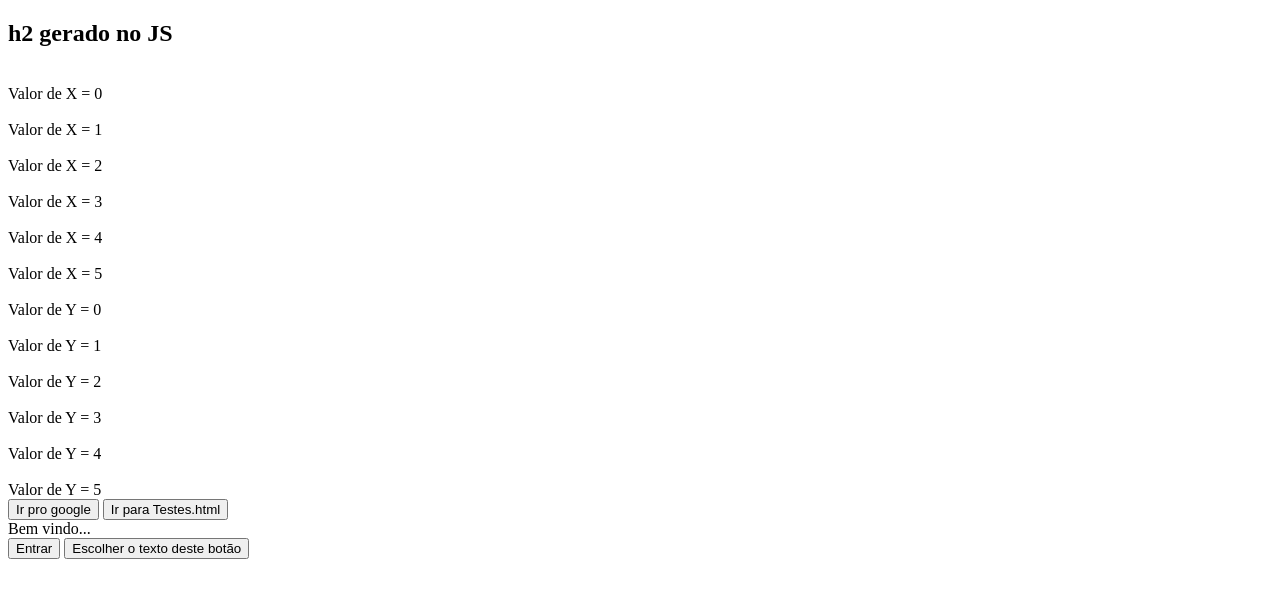
Repository: joaoaspimienta/Testes-e-estudo-de-ReactJS
Page: src/Anotações.html
The author's editor kept a copy of each file at every save. The page is drawn from the files as they stood at one save, then again after the next save.
The browser window is 1280 px wide. The pictures show the whole page.

Above is the page before, as saved 2021-12-27 19:56:37.

After the next save:
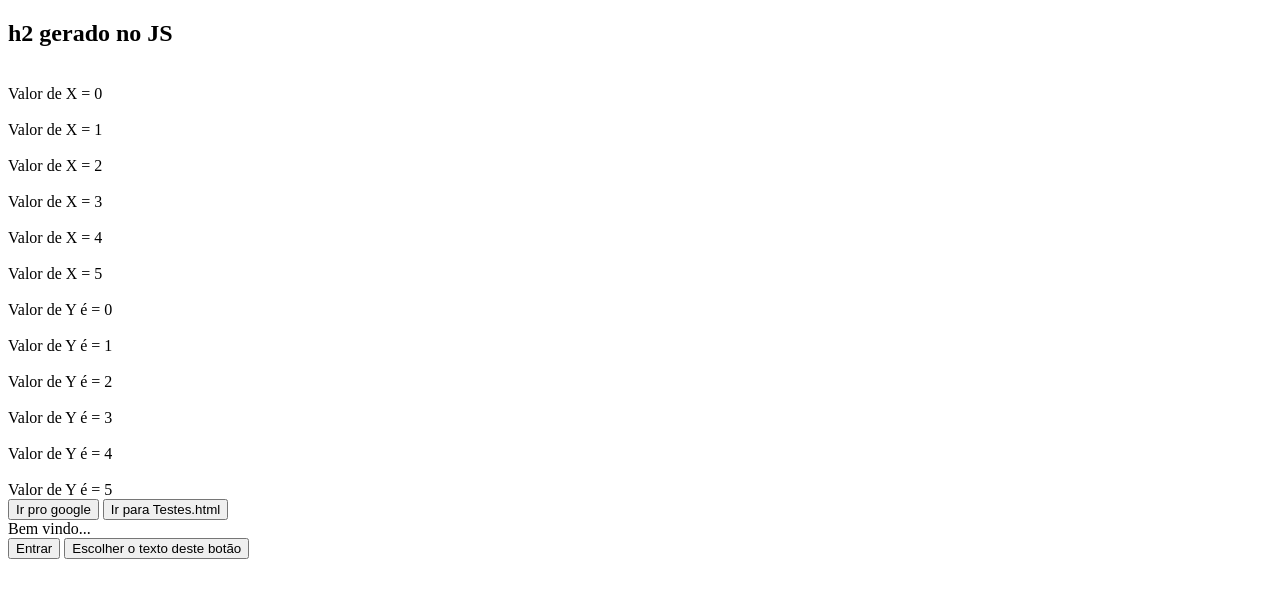
Saved 13 s later.
--- a/src/script.js
+++ b/src/script.js
@@ -30,5 +30,5 @@ while(x <= 5) {
 }
 
 for(y = 0; y <= 5; y++){
-  document.write('</br> Valor de Y = ' + y + '</br>')
+  document.write('</br> Valor de Y é = ' + y + '</br>')
 }
